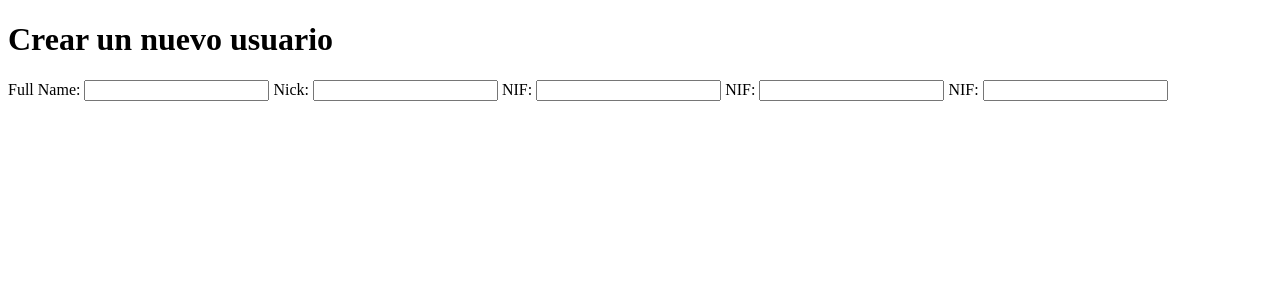
Repository: VinnySil/membresia
Page: http://localhost/users/create
An editor plug-in stored every save of this project. The page is shown before and after the next save, followed by the edit.
The browser window is 1280 px wide. The pictures show the whole page.
The page is served by the project's Laravel application, run on PHP 8.4 with Laravel 12. Other server files are loaded and not shown.

Above is the page before, as saved 2024-12-06 19:17:39.

### routes/web.php
<?php

use App\Http\Controllers\UserController;
use Illuminate\Support\Facades\Route;

Route::get('/', function () {
    return view('welcome');
});

//Endpoint para el crud de usuarios
Route::resource('users', UserController::class);

### app/Http/Controllers/UserController.php
<?php

namespace App\Http\Controllers;

use App\Models\User;
use Illuminate\Http\Request;

class UserController extends Controller
{
    /**
     * Display a listing of the resource.
     */
    public function index()
    {
        $users = User::all();
        return view('users.index', compact('users'));
    }

    /**
     * Show the form for creating a new resource.
     */
    public function create()
    {
        return view('users.create');
    }

    /**
     * Store a newly created resource in storage.
     */
    public function store(Request $request)
    {
        //
    }

    /**
     * Display the specified resource.
     */
    public function show(User $user)
    {
        //
    }

    /**
     * Show the form for editing the specified resource.
     */
    public function edit(User $user)
    {
        //
    }

    /**
     * Update the specified resource in storage.
     */
    public function update(Request $request, User $user)
    {
        //
    }

    /**
     * Remove the specified resource from storage.
     */
    public function destroy(User $user)
    {
        //
    }
}

### resources/views/users/create.blade.php
<!DOCTYPE html>
<html lang="en">
<head>
    <meta charset="UTF-8">
    <meta name="viewport" content="width=device-width, initial-scale=1.0">
    <meta http-equiv="X-UA-Compatible" content="ie=edge">
    <title>Document</title>
</head>
<body>
    <h1>Crear un nuevo usuario</h1>

    <form action="{{ route('users.store') }}">
        <label for="fullname">Full Name:</label>
        <input type="text" name="fullname">
        <label for="nick">Nick:</label>
        <input type="text" name="nick">
        <label for="nif">NIF:</label>
        <input type="text" name="nif">
        <label for="nif">NIF:</label>
        <input type="text" name="nif">
        <label for="nif">NIF:</label>
        <input type="text" name="nif">

    </form>
</body>
</html>

Loaded but not shown: app/Http/Controllers/Controller.php (common file)

After the next save:
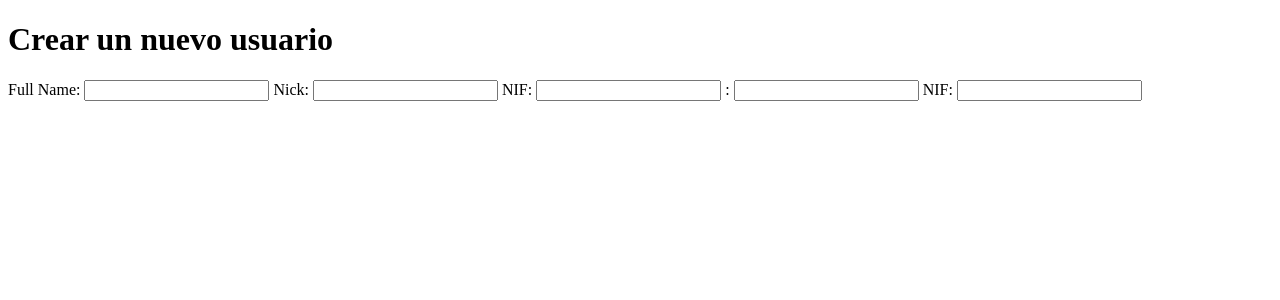
Saved 8 s later.
--- a/resources/views/users/create.blade.php
+++ b/resources/views/users/create.blade.php
@@ -16,8 +16,8 @@
         <input type="text" name="nick">
         <label for="nif">NIF:</label>
         <input type="text" name="nif">
-        <label for="nif">NIF:</label>
-        <input type="text" name="nif">
+        <label for="">:</label>
+        <input type="text" name="">
         <label for="nif">NIF:</label>
         <input type="text" name="nif">
 
